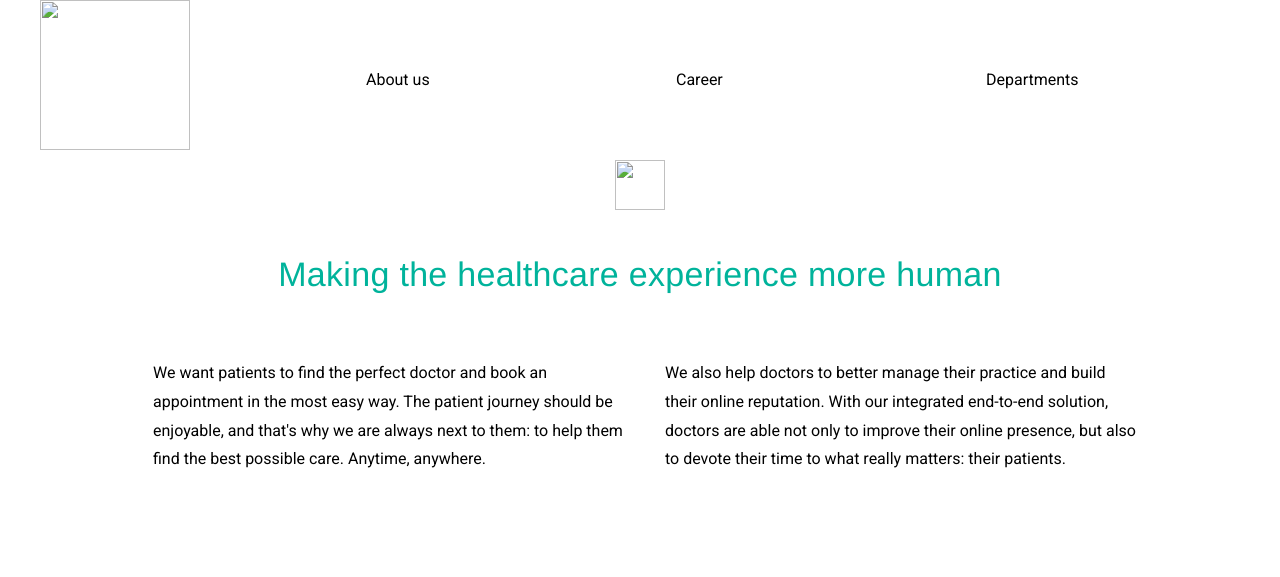
Repository: Hassanine-jaouadi/docplanner
Page: doc-panner.html
An editor plug-in stored every save of this project. The page is shown before and after the next save, followed by the edit.
The browser window is 1280 px wide. The pictures show the whole page.
Some web libraries are served in a nearby version.

Above is the page before, as saved 2020-01-17 10:26:29.

After the next save:
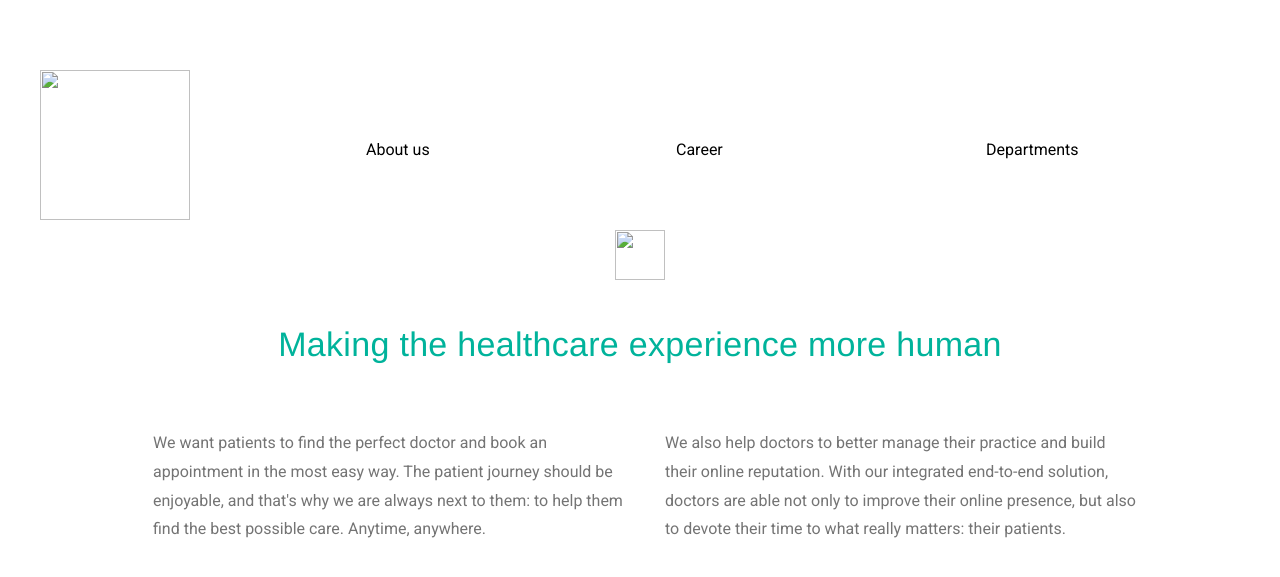
Saved 88 s later.
--- a/style.css
+++ b/style.css
@@ -5,6 +5,13 @@ html,body
     margin: 0px;
     padding: 0px;
     overflow-x: hidden;
+}
+body {
+    font-weight: 400;
+    font-family: Helvetica Neue,Helvetica,Arial,sans-serif;
+    color: #747474;
+    padding-top: 70px;
+    -webkit-font-smoothing: antialiased;
 }
 
 * {
